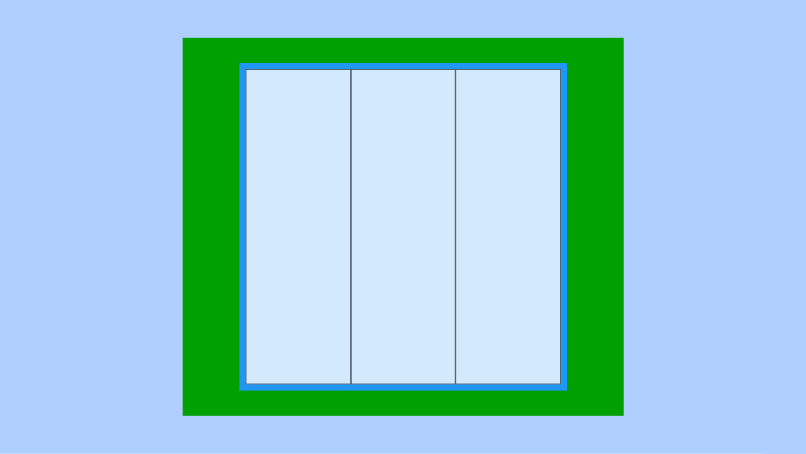
Repository: eliaoucohen72/react-reversi
Page: /
The author's editor kept a copy of each file at every save. The page is drawn from the files as they stood at one save, then again after the next save.
The browser window is 1280 px wide. The pictures show the whole page, at 63% of full size.
The project was rebuilt for these pictures with package versions that can differ from the ones it lists, and the page was loaded fresh each time. Also part of the build but not shown: vite.config.ts.

Above is the page before, as saved 2024-08-26 12:46:07.

After the next save:
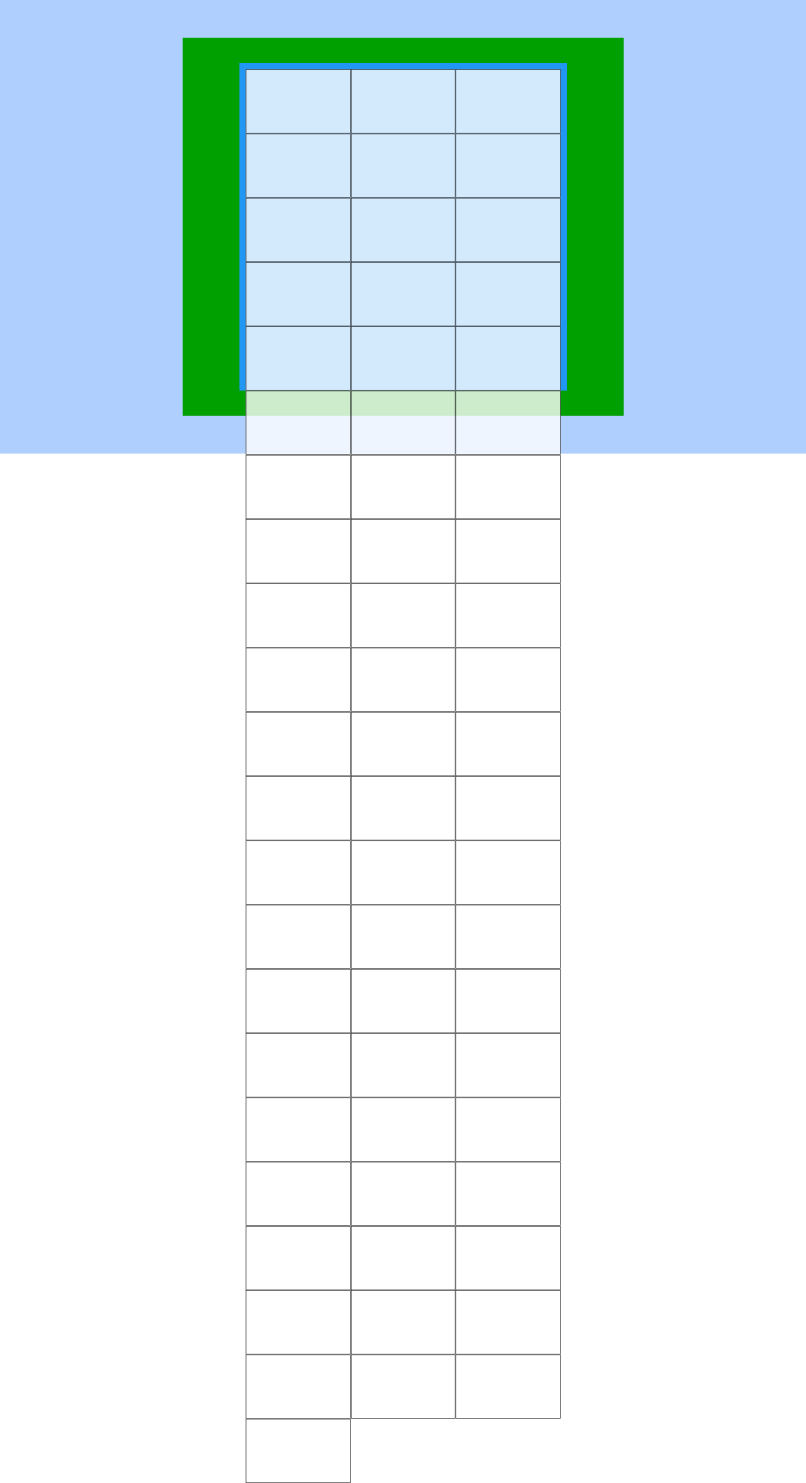
Saved 7 s later.
--- a/src/App.tsx
+++ b/src/App.tsx
@@ -2,7 +2,7 @@ import "./App.css";
 
 function App() {
   const returnBoard = () => {
-    return Array.from({ length: 3 }, (x, i) => {
+    return Array.from({ length: 64 }, (x, i) => {
       return <div className="grid-item">{x}</div>;
     });
   };
